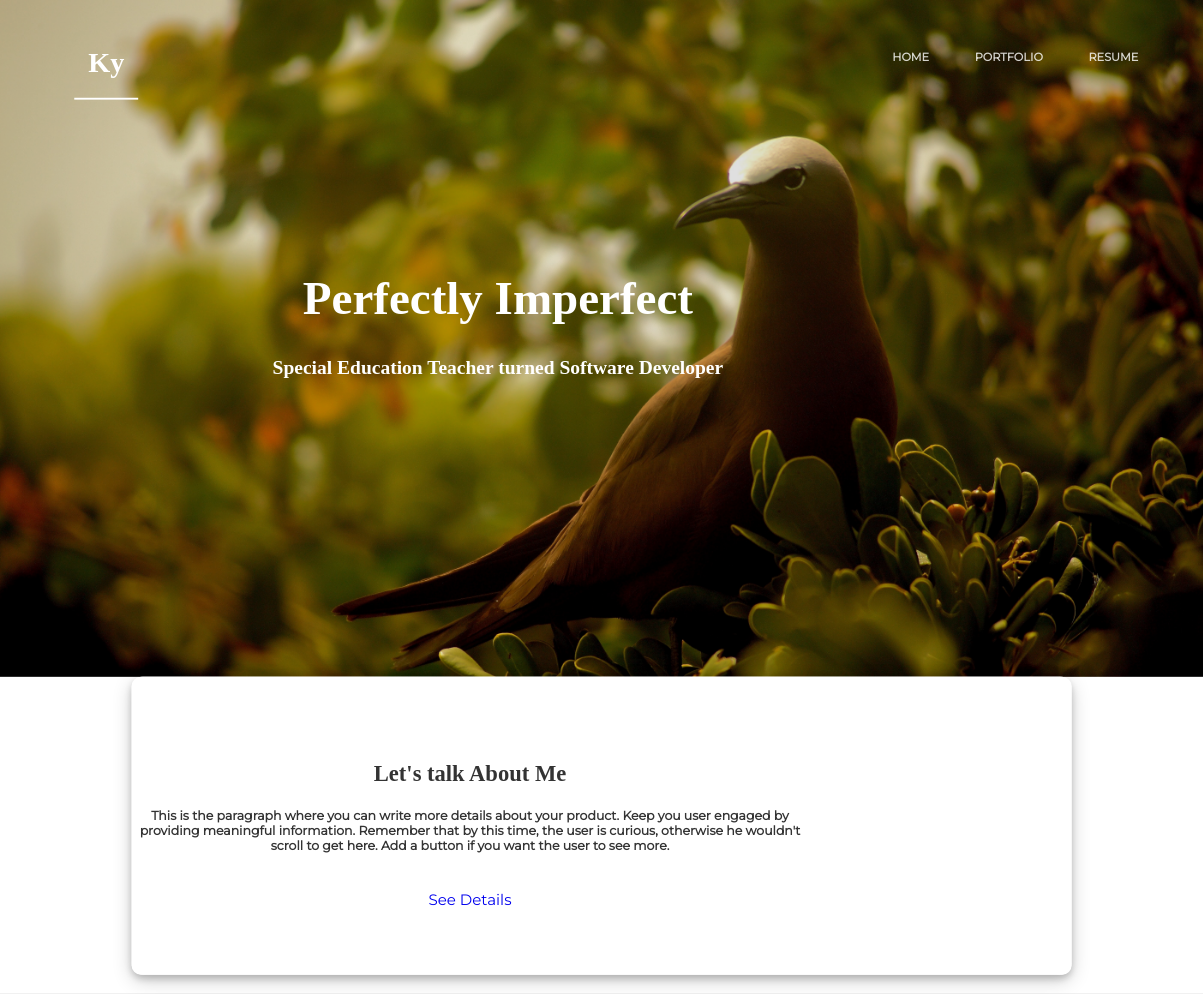
Repository: kkyler24/Perfectly-Imperfect
Page: / (app in imperfect/)
The author's editor kept a copy of each file at every save. The page is drawn from the files as they stood at one save, then again after the next save.
The browser window is 1280 px wide. The pictures show the whole page, at 94% of full size.
Some web fonts or font styles are not loaded; a fallback is used. The project was rebuilt for these pictures with package versions that can differ from the ones it lists, and the page was loaded fresh each time.

Above is the page before, as saved 2020-07-23 23:02:34.

After the next save:
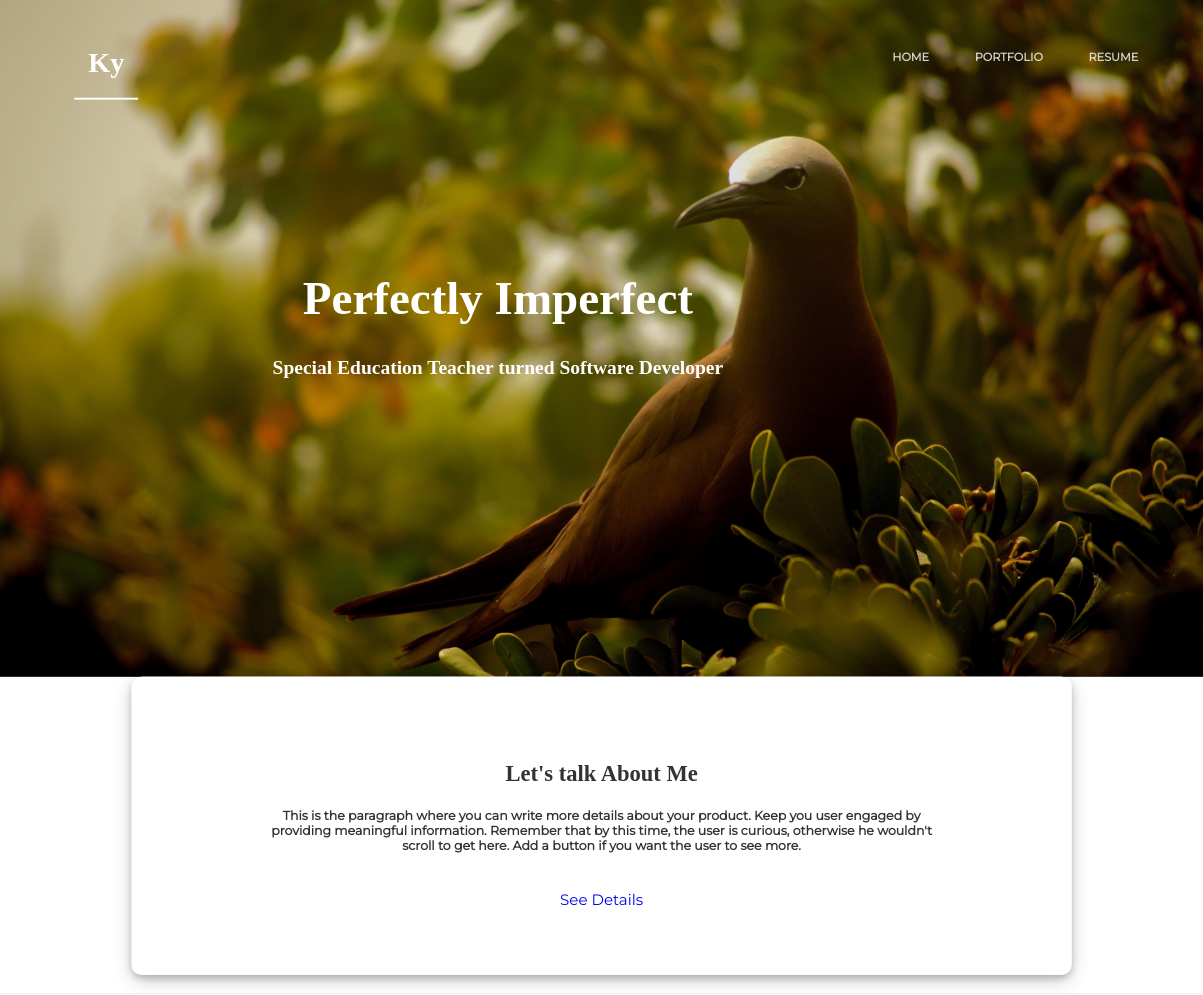
Saved 38 s later.
--- a/imperfect/src/Components/aboutMeIndex/aboutme.css
+++ b/imperfect/src/Components/aboutMeIndex/aboutme.css
@@ -51,7 +51,7 @@
   font-family: "Montserrat", sans-serif;
 }
 
-.container {
+.ABcontainer {
   width: 100%;
   padding-right: 15px;
   padding-left: 15px;
